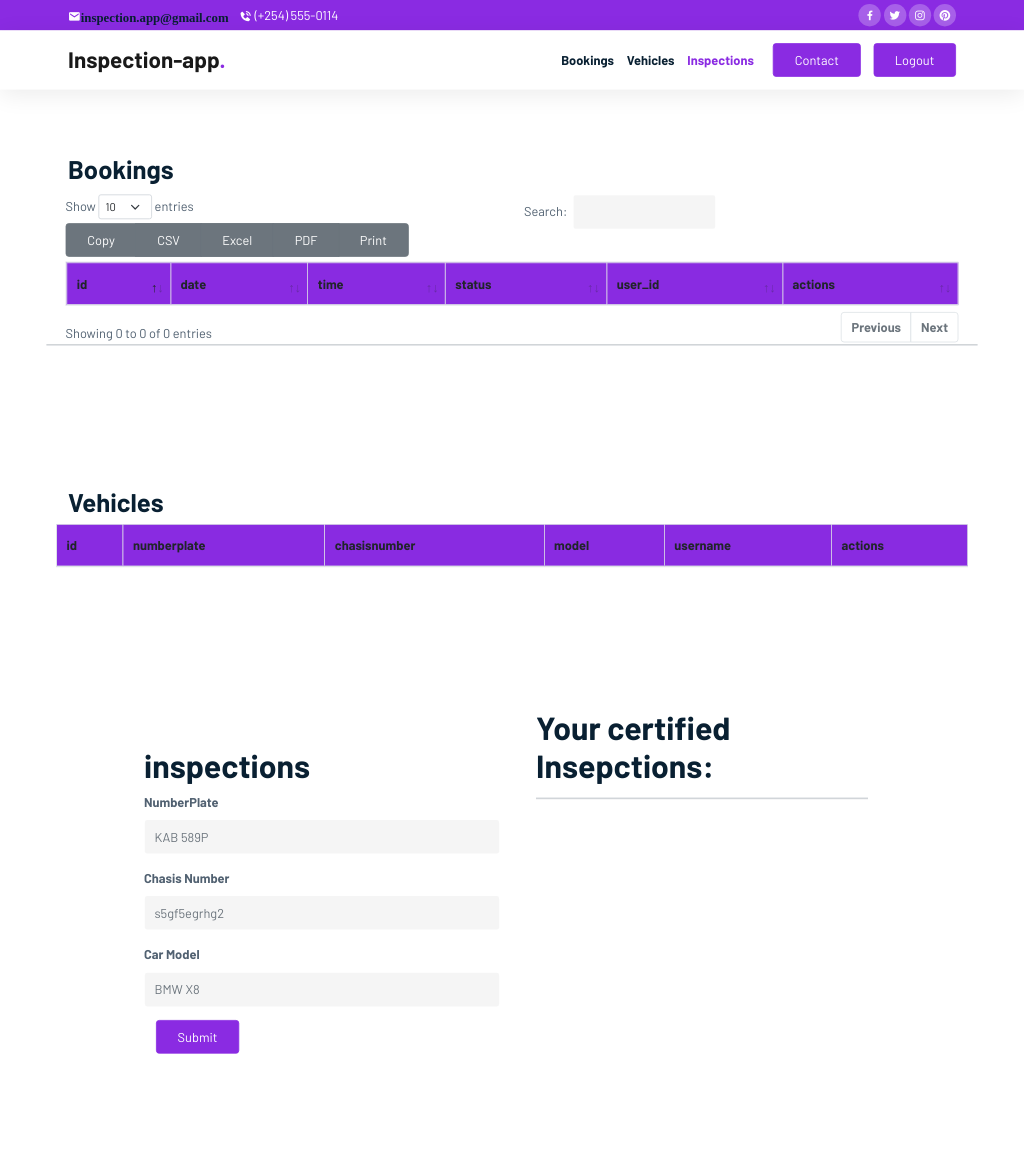
Repository: Jaynie8085/INSPECTION-APP
Page: client/admnDashboard.html
An editor plug-in stored every save of this project. The page is shown before and after the next save, followed by the edit.
The browser window is 1280 px wide. The pictures show the whole page, at 80% of full size.
The page's requests for data from a server got no answer.

Above is the page before, as saved 2022-10-17 07:43:19.

After the next save:
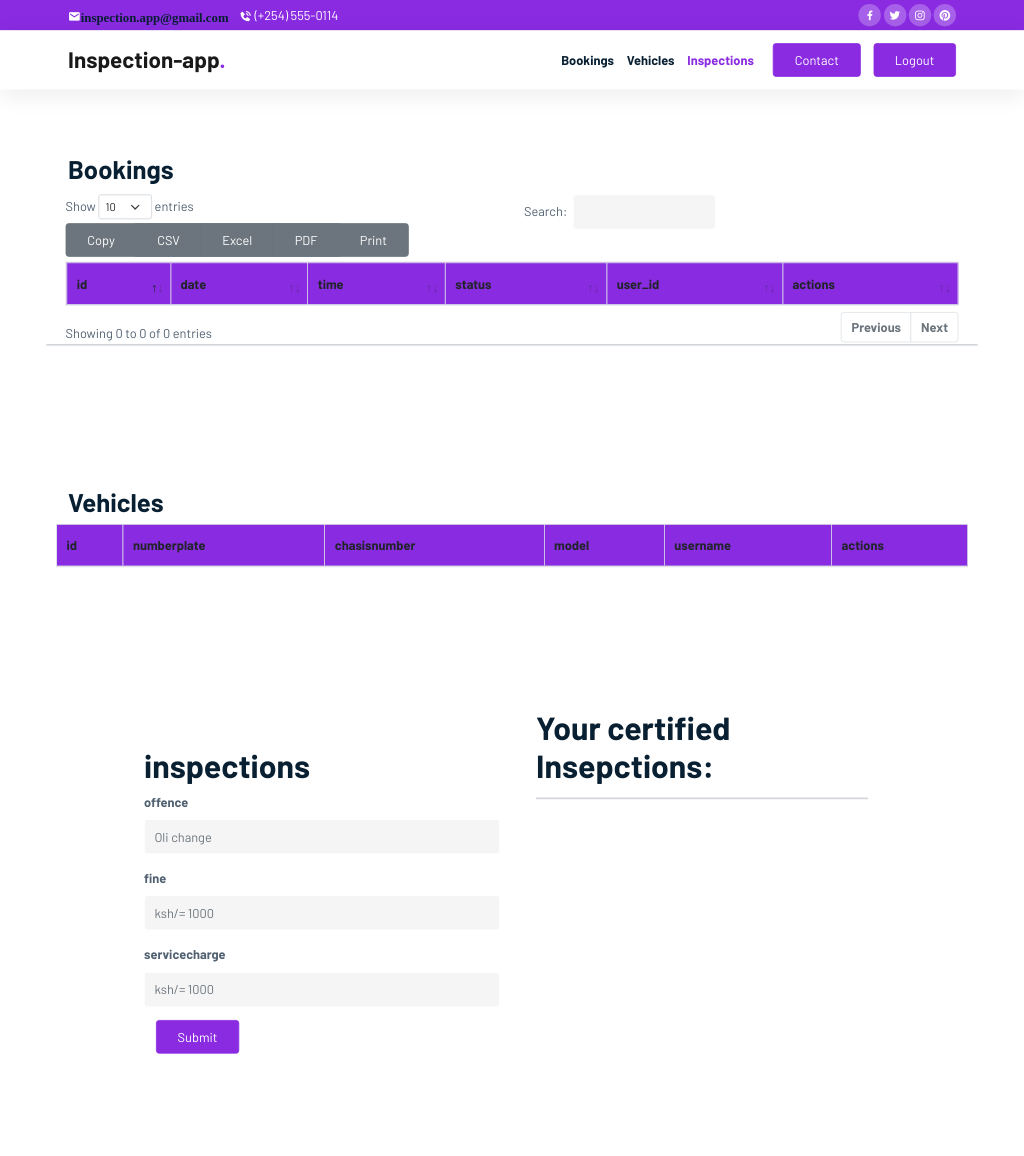
Saved 51 s later.
--- a/client/admnDashboard.html
+++ b/client/admnDashboard.html
@@ -130,23 +130,20 @@
                             <h1>inspections</h1>
                             <!-- <p>Add a vehicle to your list</p> -->
                             <div class="form-group">
-                                <label for="numberplate" class="form-label">NumberPlate</label>
-                                <input type="text" class="form-control" placeholder="KAB 589P" id="numberplate"
+                                <label for="offence" class="form-label">offence</label>
+                                <input type="text" class="form-control" placeholder="Oli change" id="offence" aria-describedby="emailHelp">
+                            </div>
+                            <div class="form-group">
+                                <label for="fine" class="form-label">fine </label>
+                                <input type="text" class="form-control" placeholder="ksh/= 1000" id="fine" aria-describedby="emailHelp">
+                            </div>
+                            <div class="form-group">
+                                <label for="servicecharge" class="form-label">servicecharge</label>
+                                <input type="model" class="form-control" placeholder="ksh/= 1000" id="servicecharge"
                                     aria-describedby="emailHelp">
                             </div>
-                            <div class="form-group">
-                                <label for="chasisnumber" class="form-label">Chasis Number </label>
-                                <input type="text" class="form-control" placeholder="s5gf5egrhg2" id="chasisnumber"
-                                    aria-describedby="emailHelp">
-                            </div>
-                            <div class="form-group">
-                                <label for="model" class="form-label">Car Model</label>
-                                <input type="model" class="form-control" placeholder="BMW X8" id="model"
-                                    aria-describedby="emailHelp">
-                            </div>
-
                             <div class="col-12">
-                                <button type="submit" class="btn btn-brand" onclick="inspections();">Submit</button>
+                                <button type="submit" class="btn btn-brand" onclick="inspections()">Submit</button>
                             </div>
                         </form>
                     </div>
